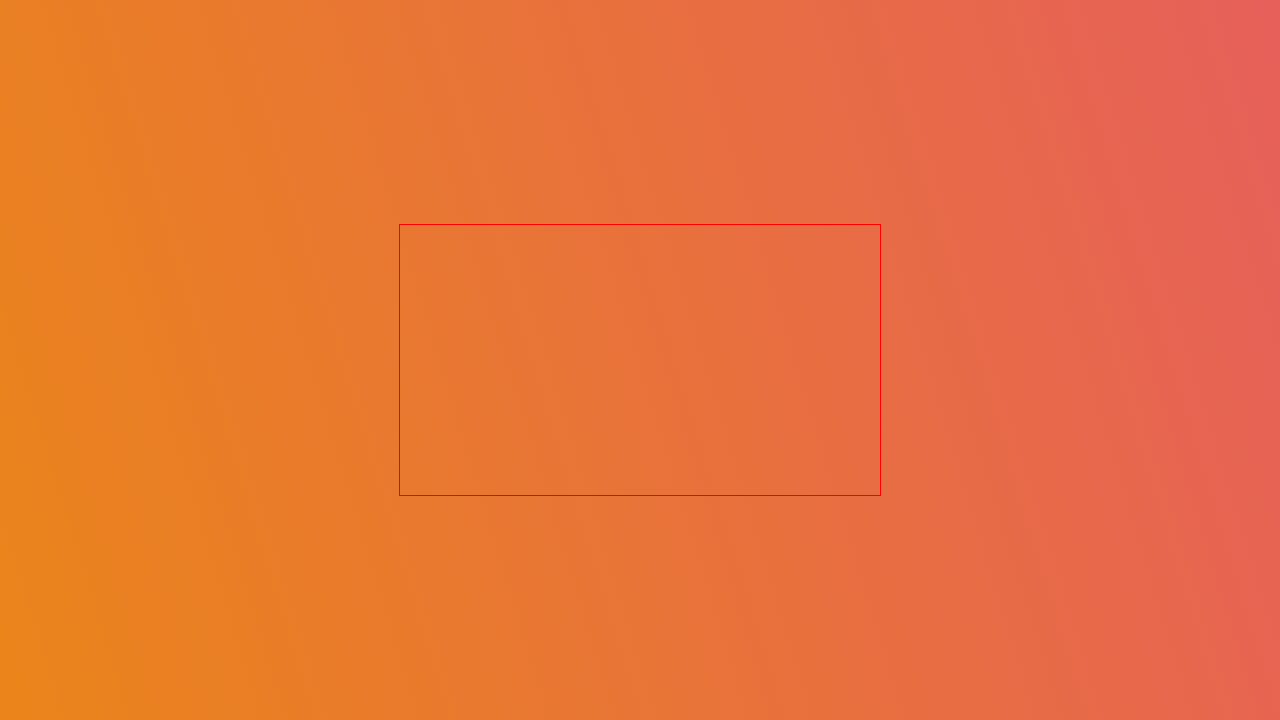
Repository: wrzonki/3d-css
Page: index.html
An editor plug-in stored every save of this project. The page is shown before and after the next save, followed by the edit.
The browser window is 1280 px wide. The pictures show the whole page.
The style sheet was rebuilt from its Sass, Less or Tailwind sources for each picture, by a compiler version that may differ from the author's.

Above is the page before, as saved 2019-11-25 20:55:04.

### index.html
<!DOCTYPE html>
<html lang="en">
<head>
    <meta charset="UTF-8">
    <meta name="viewport" content="width=device-width, initial-scale=1.0">
    <meta http-equiv="X-UA-Compatible" content="ie=edge">
    <link rel="stylesheet" href="index.css">
    <title>Document</title>
</head>
<body>
    <div id="wrapper">
        <div id="device" class="desktop">

        </div>
    </div>
</body>
</html>

### index.scss
body {
    margin: 0;
    padding: 0;
}

#wrapper {
    width: 100vw;
    height: 100vh;
    display: flex;
    justify-content: center;
    align-items: center;

    background: linear-gradient(253deg, #dc00ff, #ec9400);
background-size: 400% 400%;

-webkit-animation: AnimationName 6s ease infinite;
-moz-animation: AnimationName 6s ease infinite;
-o-animation: AnimationName 6s ease infinite;
animation: AnimationName 6s ease infinite;

@-webkit-keyframes AnimationName {
    0%{background-position:0% 50%}
    50%{background-position:100% 50%}
    100%{background-position:0% 50%}
}
@-moz-keyframes AnimationName {
    0%{background-position:0% 50%}
    50%{background-position:100% 50%}
    100%{background-position:0% 50%}
}
@-o-keyframes AnimationName {
    0%{background-position:0% 50%}
    50%{background-position:100% 50%}
    100%{background-position:0% 50%}
}
@keyframes AnimationName {
    0%{background-position:0% 50%}
    50%{background-position:100% 50%}
    100%{background-position:0% 50%}
}
}


#device {
    $desktopRatioScale: 30px;
    $desktopWidth: 16 ;
    $desktopheight: 9;

    $tabletRatioScale: 80px;
    $tabletWidth: 3;
    $tabletheight: 4;

    $smartphoneRatioScale: 20px;
    $smartphoneWidth: 9;
    $smartphoneheight: 19.5;
    border: 1px solid red;
    &.desktop {
        width: $desktopWidth * $desktopRatioScale;
        height: $desktopheight * $desktopRatioScale;
    }
    &.tablet {
        width: $tabletWidth * $tabletRatioScale;
        height: $tabletheight * $tabletRatioScale;
    }

    &.smartphone {
        width: $smartphoneWidth * $smartphoneRatioScale;
        height: $smartphoneheight * $smartphoneRatioScale;
    }
}

After the next save:
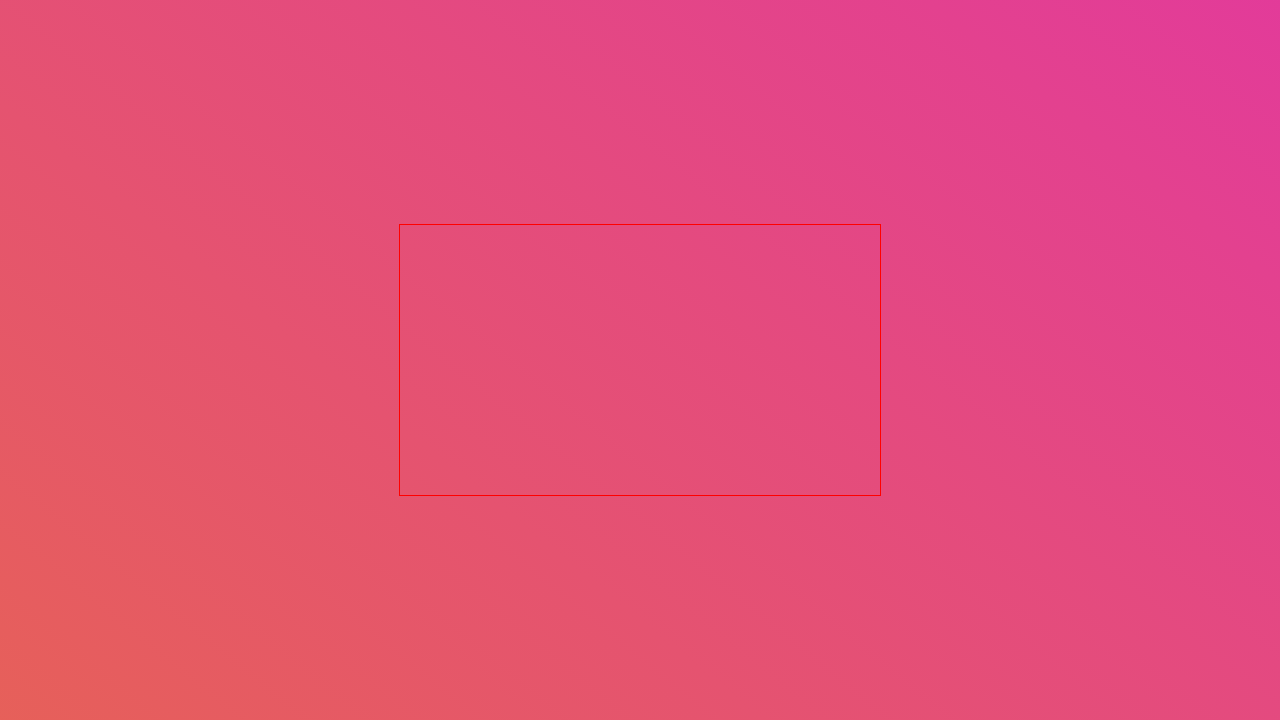
Saved 27 s later.
--- a/index.scss
+++ b/index.scss
@@ -10,34 +10,34 @@ body {
     justify-content: center;
     align-items: center;
 
-    background: linear-gradient(253deg, #dc00ff, #ec9400);
-background-size: 400% 400%;
+    background: linear-gradient(219deg, #dc00ff, #ec9400);
+    background-size: 400% 400%;
 
--webkit-animation: AnimationName 6s ease infinite;
--moz-animation: AnimationName 6s ease infinite;
--o-animation: AnimationName 6s ease infinite;
-animation: AnimationName 6s ease infinite;
+    -webkit-animation: AnimationName 13s ease infinite;
+    -moz-animation: AnimationName 13s ease infinite;
+    -o-animation: AnimationName 13s ease infinite;
+    animation: AnimationName 13s ease infinite;
 
-@-webkit-keyframes AnimationName {
-    0%{background-position:0% 50%}
-    50%{background-position:100% 50%}
-    100%{background-position:0% 50%}
-}
-@-moz-keyframes AnimationName {
-    0%{background-position:0% 50%}
-    50%{background-position:100% 50%}
-    100%{background-position:0% 50%}
-}
-@-o-keyframes AnimationName {
-    0%{background-position:0% 50%}
-    50%{background-position:100% 50%}
-    100%{background-position:0% 50%}
-}
-@keyframes AnimationName {
-    0%{background-position:0% 50%}
-    50%{background-position:100% 50%}
-    100%{background-position:0% 50%}
-}
+    @-webkit-keyframes AnimationName {
+        0%{background-position:22% 0%}
+        50%{background-position:79% 100%}
+        100%{background-position:22% 0%}
+    }
+    @-moz-keyframes AnimationName {
+        0%{background-position:22% 0%}
+        50%{background-position:79% 100%}
+        100%{background-position:22% 0%}
+    }
+    @-o-keyframes AnimationName {
+        0%{background-position:22% 0%}
+        50%{background-position:79% 100%}
+        100%{background-position:22% 0%}
+    }
+    @keyframes AnimationName {
+        0%{background-position:22% 0%}
+        50%{background-position:79% 100%}
+        100%{background-position:22% 0%}
+    }
 }
 
 
